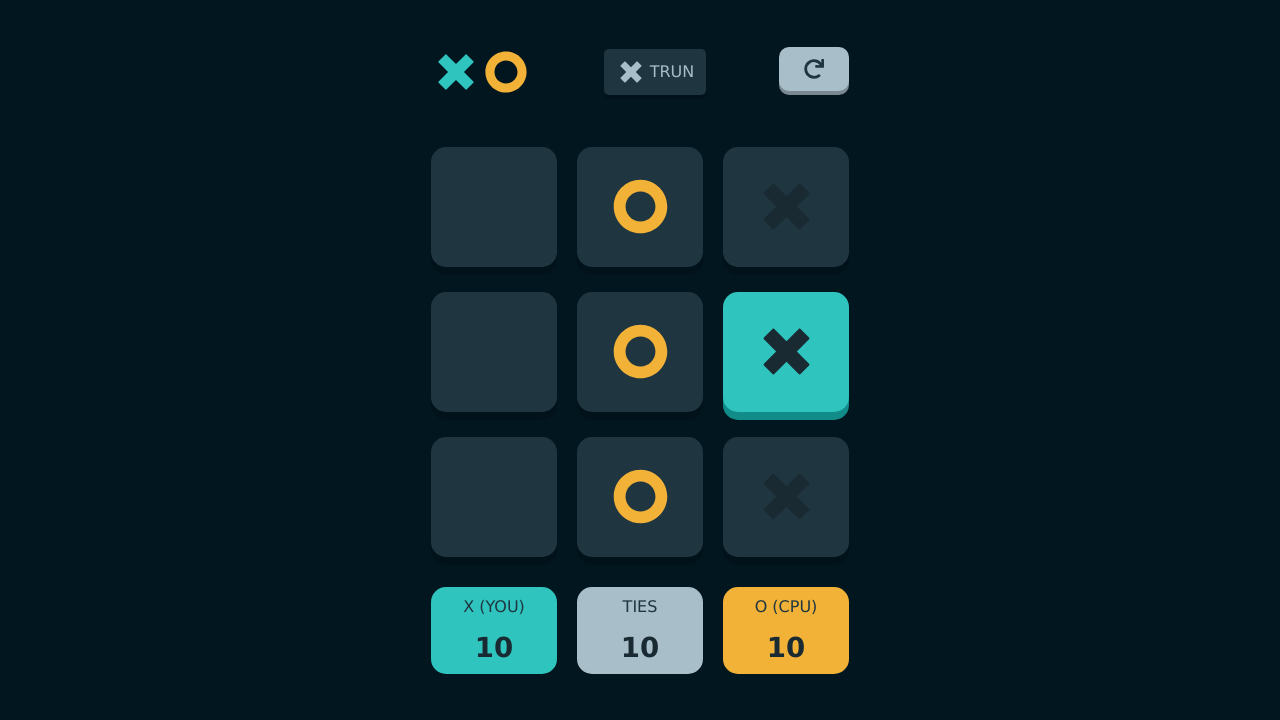
Repository: SD-Mdouka/XO_GAME
Page: /
These files come from the project's save history. The page is drawn as it stood at one moment and after the next save; the edit follows.
The browser window is 1280 px wide. The pictures show the whole page.
The project was rebuilt for these pictures with package versions that can differ from the ones it lists, and the page was loaded fresh each time. Also part of the build but not shown: src/component/start/Start.js.

Above is the page before, as saved 2022-08-29 17:41:53.

After the next save:
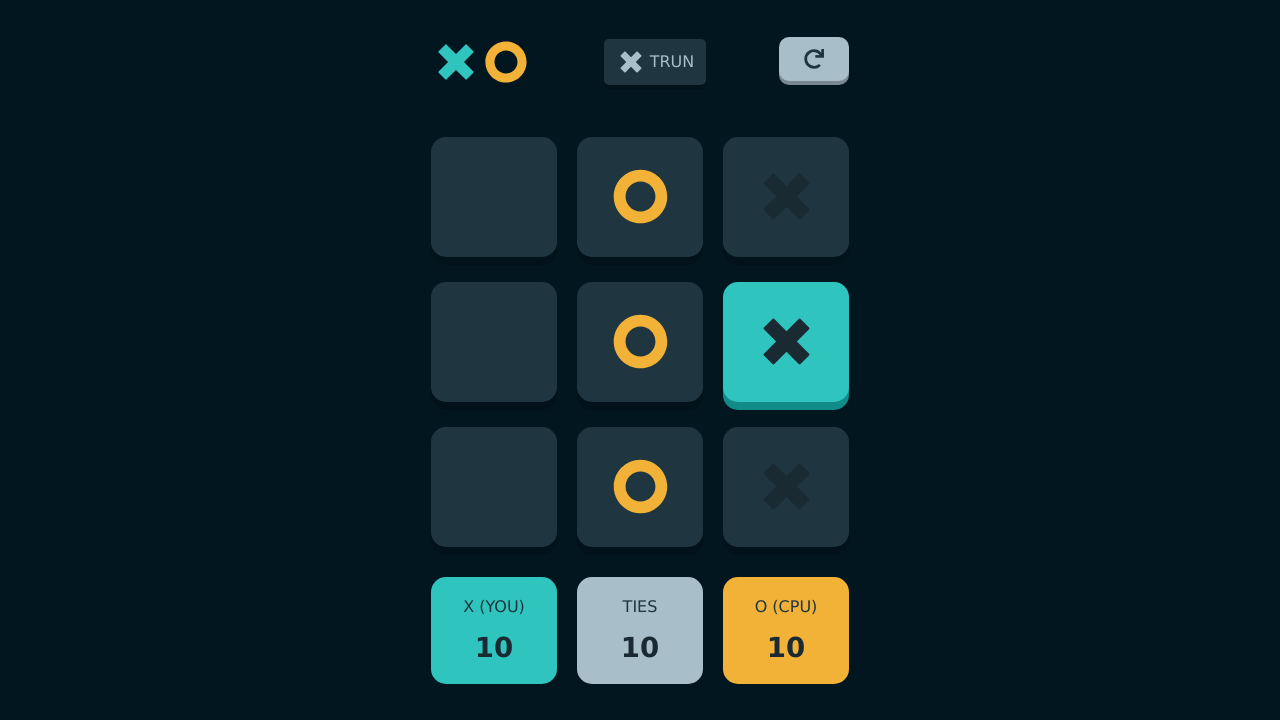
Saved 12 s later.
--- a/src/index.css
+++ b/src/index.css
@@ -352,5 +352,5 @@ body {
 
 .board__footer .card {
     gap: 15px;
-    padding: 10px;
-}
+    padding: 20px;
+}
